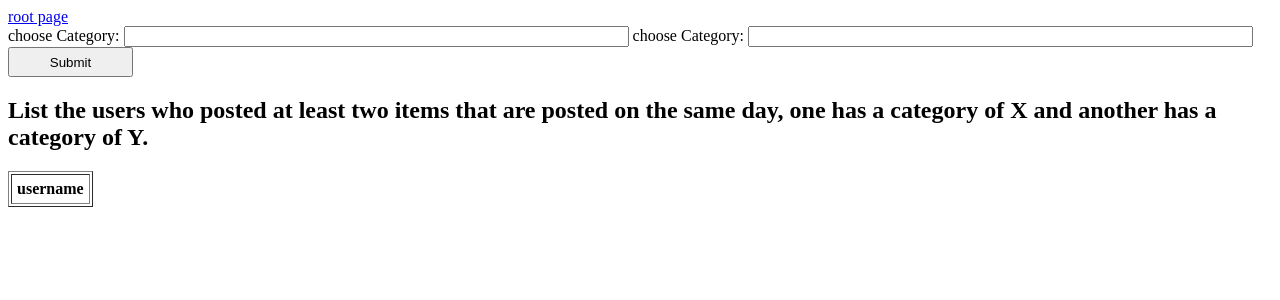
Repository: HamdanM/DatabaseProject
Page: http://localhost/DB3/Displaynum2.jsp
These files come from the project's save history. The page is drawn as it stood at one moment and after the next save; the edit follows.
The browser window is 1280 px wide. The pictures show the whole page.
The page is served by Tomcat 9. Other server files are loaded and not shown. The template is opened directly, without the code that normally fills it, so the values that code supplies are empty.

Above is the page before, as saved 2019-07-28 03:04:29.

### DB3/WebContent/Displaynum2.jsp
<%@ page language="java" contentType="text/html; charset=ISO-8859-1"
    pageEncoding="ISO-8859-1"%>
  <%@ taglib prefix="c" uri="http://java.sun.com/jsp/jstl/core" %>
<!DOCTYPE html PUBLIC "-//W3C//DTD HTML 4.01 Transitional//EN" "http://www.w3.org/TR/html4/loose.dtd">
<html>
<head>
    <title>Online Store</title>
</head>
<body>

<a href="root.jsp">root page</a>

<form action="problemtwo" method="post">
        <input type="hidden" name="action"" >
        <label>choose Category: <input
                    type="text" name="cat1"
                    size="60" maxlength="70" />
        <label>choose Category: <input
                    type="text" name="cat2"
                    size="60" maxlength="70" />
          <input style="height:30px;width:125px" type="submit" name="submit" value="Submit" />

            </label></p>
 </form>

  <div >
              <h2>List the users who posted at least two items that are posted on the same day, one has a category of X and another has a category of Y. </h2>

        <table border="1" cellpadding="5">
            <tr>

                <th>username</th>



            </tr>
            <c:forEach var="us" items="${itemsList}">
                <tr>

                    <td><c:out value="${us.getUser_UserID()}" /></td>



                </tr>
            </c:forEach>
        </table>
    </div>

</body>
</html>

After the next save:
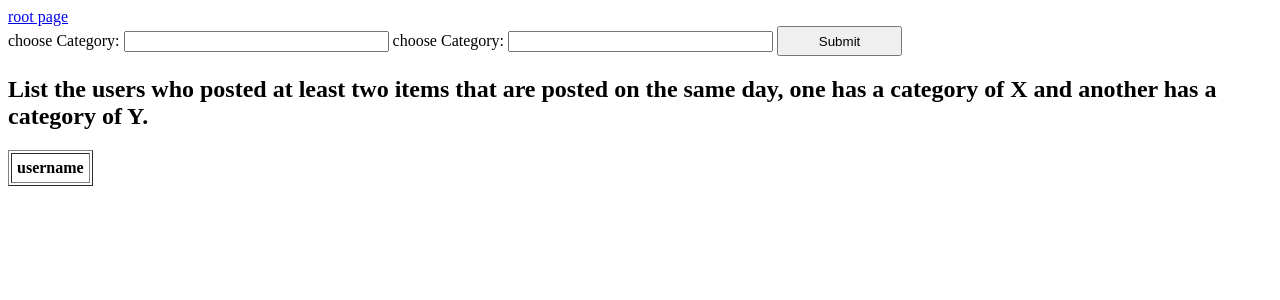
Saved 2 min 3 s later.
--- a/DB3/WebContent/Displaynum2.jsp
+++ b/DB3/WebContent/Displaynum2.jsp
@@ -11,13 +11,12 @@
 <a href="root.jsp">root page</a>
 
 <form action="problemtwo" method="post">
-        <input type="hidden" name="action"" >
         <label>choose Category: <input
                     type="text" name="cat1"
-                    size="60" maxlength="70" />
+                    size="30" maxlength="70" />
         <label>choose Category: <input
                     type="text" name="cat2"
-                    size="60" maxlength="70" />
+                    size="30" maxlength="70" />
           <input style="height:30px;width:125px" type="submit" name="submit" value="Submit" />
 
             </label></p>
